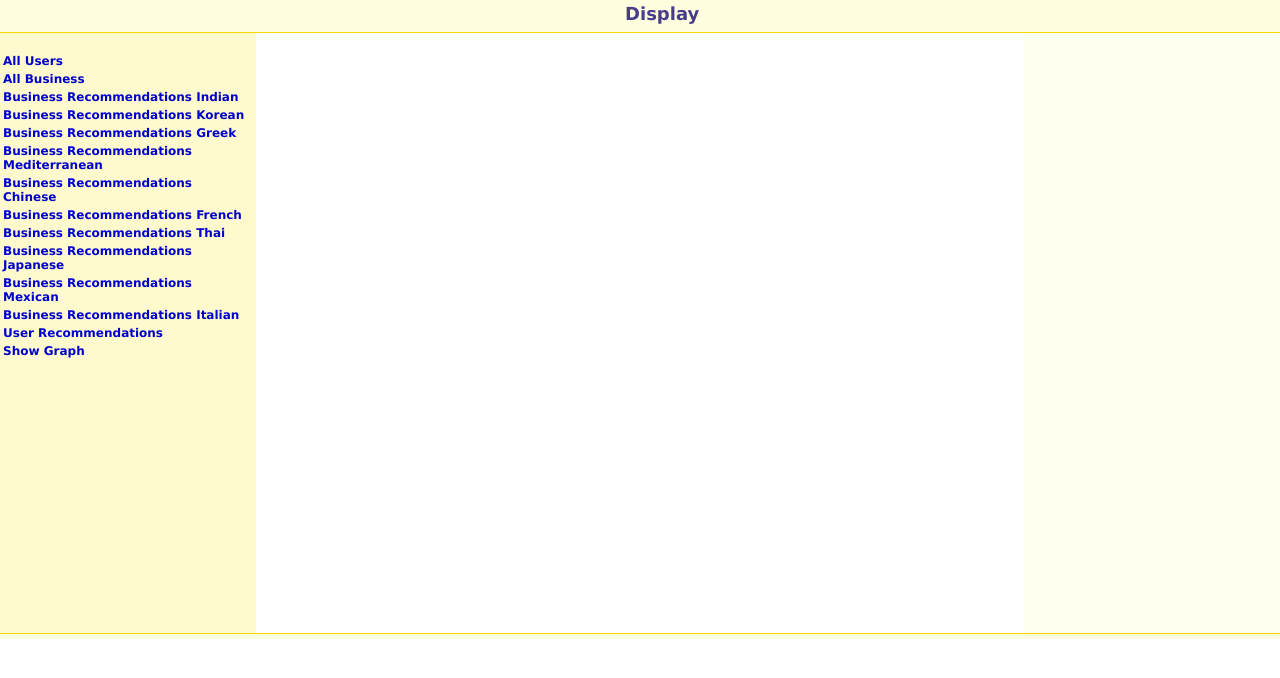
Repository: sowmyaganesan/DataMining
Page: http://localhost/Yelp/indian.jsp
An editor plug-in stored every save of this project. The page is shown before and after the next save, followed by the edit.
The browser window is 1280 px wide. The pictures show the whole page.
The page is served by Tomcat 9. Other server files are loaded and not shown. The template is opened directly, without the code that normally fills it, so the values that code supplies are empty.

Above is the page before, as saved 2013-04-29 21:35:29.

### final project/Yelp/WebContent/indian.jsp
<%@ page import="java.sql.*"%>
<%@ page import="javax.imageio.*"%>
<%@ page import="java.awt.image.BufferedImage"%>
<%@ page import="java.io.ByteArrayInputStream"%>
<%@ page import="java.util.List"%>
<%@ page import="javax.xml.bind.*"%>
<%@ page import="com.yelp.*"%>
<%@ taglib uri="http://java.sun.com/jsp/jstl/core" prefix="c"%>
<%@ page import="java.util.ArrayList"%>


<%@ page language="java" contentType="text/html; charset=ISO-8859-1" pageEncoding="ISO-8859-1"%>
<!DOCTYPE html PUBLIC "-//W3C//DTD HTML 4.01 Transitional//EN" "http://www.w3.org/TR/html4/loose.dtd">
<html>
<head>
    <meta http-equiv="content-type" content="text/html; charset=UTF-8">
    <link rel="stylesheet" type="text/css" href="main.css"  />

    <title>Data Mining</title>

</head>
<%!
	private String username = "" ;
	private String userid = "";
	private StringBuilder votes = new StringBuilder();
	private List<YelpDataSet1> x;
	byte[] img = new byte[1];
	private List<BusinessDetail> list_business_detail = new ArrayList<BusinessDetail>();

%>

    <table width="100%" border=0 cellpadding=0 cellspacing=0>
    <tr>
    <td colspan=3 class="pagetop">
        <table width=100% border=0>
        <tr>
        <td></td>

   		  <td valign="bottom" align="center" style="font-weight:bold; font-size:large">Display</td>

        </tr>
        </table>

    </td>
    </tr>
    <tr>
    	<td valign="top" width="20%" class="pageleft" height="600px">

    	<table>
    		<tr>
    			<td colspan="2">&nbsp;</td>
    		</tr>
   			<tr>
   				<td colspan="2" style="font-weight:bold;"><a href="/Yelp/AllUsersServlet">All Users</a></td>
   			</tr>
    		<tr>
   				<td colspan="2" style="font-weight:bold;"><a href="/Yelp/BusinessServlet">All Business</a></td>
   			</tr>
   			<div class="inner">
			<div id="choice" align="center">
   			<tr>
   				<td colspan="2" style="font-weight:bold;"><a href="/Yelp/BusinessRecomServlet?id=Indian">Business Recommendations Indian</a></td>
   			</tr>
   			<tr>
   				<td colspan="2" style="font-weight:bold;"><a href="/Yelp/BusinessRecomServlet?id=Korean">Business Recommendations Korean</a></td>
   			</tr>
   			<tr>
   				<td colspan="2" style="font-weight:bold;"><a href="/Yelp/BusinessRecomServlet?id=Greek">Business Recommendations Greek</a></td>
   			</tr>
   			<tr>
   				<td colspan="2" style="font-weight:bold;"><a href="/Yelp/BusinessRecomServlet?id=Mediterranean">Business Recommendations

Mediterranean</a></td>
   			</tr>
   			<tr>
   				<td colspan="2" style="font-weight:bold;"><a href="/Yelp/BusinessRecomServlet?id=Chinese">Business Recommendations Chinese</a></td>
   			</tr>
   			<tr>
   				<td colspan="2" style="font-weight:bold;"><a href="/Yelp/BusinessRecomServlet?id=French">Business Recommendations French</a></td>
   			</tr>
   			<tr>
   				<td colspan="2" style="font-weight:bold;"><a href="/Yelp/BusinessRecomServlet?id=Thai">Business Recommendations Thai</a></td>
   			</tr>
   			<tr>
   				<td colspan="2" style="font-weight:bold;"><a href="/Yelp/BusinessRecomServlet?id=Japanese">Business Recommendations Japanese</a></td>
   			</tr>
   			<tr>
   				<td colspan="2" style="font-weight:bold;"><a href="/Yelp/BusinessRecomServlet?id=Mexican">Business Recommendations Mexican</a></td>
   			</tr>
   			<tr>
   				<td colspan="2" style="font-weight:bold;"><a href="/Yelp/BusinessRecomServlet?id=Italian">Business Recommendations Italian</a></td>
   			</tr>
   			<tr>
   				<td colspan="2" style="font-weight:bold;"><a href="/Yelp/CompareUsersServlet">User Recommendations</a></td>
   			</tr>
   			<tr>
   				<td colspan="2" style="font-weight:bold;"><a href="graph.html">Show Graph</a></td>
   			</tr>
   			</div>
   			</div>
    	</table>

    	</td>
    	<td valign="top" width="60%">

    		<table>
    		<tr>
    				<%
    		 			if(request.getAttribute("allusers") != null)
    		 			{
    				%>

    					<tr>
    						<th>user id</th><th>stars</th><th>reviews</th><th>funny</th><th>useful</th><th>cool</th><th align="left">name</th>
    					</tr>
    				<%
    					}
    				%>
    				<%
    		 			if(request.getAttribute("business") != null)
    		 			{
    				%>

    					<tr>
    						<th>business</th><th>city</th><th>state</th><th>stars</th><th>review count</th><th>category</th>
    					</tr>
    				<%
    					}
    				%>
    				<%
    		 			if(request.getAttribute("bustype") != null)
    		 			{
    				%>

    					<tr>
    						<th>Name</th><th>Address</th><th>Stars</th><th>Review Count</th>
    					</tr>
    				<%
    					}
    				%>
    				<%
    		 			if(request.getAttribute("compuser") != null)
    		 			{
    		 				list_business_detail = (List<BusinessDetail>) request.getAttribute("compuser");

    		 				request.setAttribute("showb", list_business_detail);
    		 				request.getSession().setAttribute("showbb", list_business_detail);
    				%>

    					<tr>
    						<th>User id</th><th>Name</th><th>URL</th>
    					</tr>
    				<%
    					}
    				%>

					<c:forEach items="${allusers}" var="user" varStatus="loop">
					<tr>
						<td>"${user.getUserid()}"</td>
						<td>"${user.getAveragestars().substring(0, 3)}"</td>
						<td align="center">"${user.getReviewcount()}"</td>
						<td align="center">"${user.getVote().getFunny()}"</td>
						<td align="center">"${user.getVote().getUseful()}"</td>
						<td align="center">"${user.getVote().getCool()}"</td>
						<td>"${user.getName()}"</td>
					</tr>
        			</c:forEach>
        			<c:forEach items="${business}" var="item" varStatus="loop">
					<tr>
						<td>"${item.getName()}"</td>
						<td>"${item.getCity()}"</td>
						<td>"${item.getState()}"</td>
						<td>"${item.getStars()}"</td>
						<td>"${item.getReviewcount()}"</td>
						<td>"${item.getCategories()}"</td>

					</tr>
        			</c:forEach>
        			<c:forEach items="${bustype}" var="item" varStatus="loop">
					<tr>
						<td>"${item.getbusiness_name()}"</td>
						<td>"${item.getbusiness_address()}"</td>
						<td>"${item.getstars()}"</td>
						<td>"${item.getreview_count()}"</td>
					</tr>
        			</c:forEach>
        			<c:forEach items="${compuser}" var="item" varStatus="loop">
					<tr>
						<td><a href ="/Yelp/ShowBus.jsp?id=${item.getUserid()}"> <c:out value =  "${item.getUserid()}"> </c:out> </a> </td>
						<td>"${item.getUserName()}"</td>
						<td><a href = <c:out value="${item.getUserUrl()}" /> >  <c:out value="${item.getUserUrl()}" ></c:out></a></td>
					</tr>
        			</c:forEach>




    		</tr>


			</table>
    	</td>
    	<td valign="top" width="20%" class="pageright">


    	</td>
    </tr>
    <tr>
    	<td colspan=3 class="pagebottom" align="center">



    </td>
    </tr>
    </table>

    </form>

</html>

### final project/Yelp/WebContent/main.css
A:link
{
	font-weight: bold;
	font-size: 9pt;
	color: mediumblue;
	font-family: Verdana;
	text-decoration: none;
}

A:visited
{
	font-weight: bold;
	font-size: 9pt;
	color: mediumblue;
	font-family: Verdana;
	text-decoration: none;
}

A:hover
{
	font-weight: bold;
	font-size: 9pt;
	color: dodgerblue;
	font-family: Verdana;
	text-decoration: underline;
}

p
{
    font-size: 9pt;
    color: darkslateblue;
    font-family: Verdana;
}

body
{
    font-size: 9pt;
    color: darkslateblue;
    font-family: Verdana, Arial;
    margin: 0px;
}

.dataentryformlabel
{
    font-weight: bold;
    font-size: 9pt;
    color: darkgoldenrod;
    font-family: Verdana;
}

.dataentryformerrormsg
{
    font-weight: bold;
    font-size: 9pt;
    color: darkorange;
    font-family: Verdana;
}

.dataentryformtextbox
{
    border-right: peru 1px solid;
    border-top: peru 1px solid;
    border-left: peru 1px solid;
    border-bottom: peru 1px solid;
}

.dataentryformbutton
{
    font-weight: bold;
    font-size: 9pt;
    color: ivory;
    font-family: Verdana;
    background-color: goldenrod;
}

.pagetop
{
    background-color: lightyellow;
    padding-bottom: 5px;
    padding-left: 10px;
    border-bottom: gold thin solid;
}

.pageleft
{
    background-color: lemonchiffon;
    padding-right: 5px;
}

.pageright
{
    background-color: ivory;
}

.pagebottom
{
    background-color: lightyellow;
    border-top: gold thin solid;
    padding-top: 5px;
}

.dataentryformheading
{
    padding-right: 2px;
    padding-left: 2px;
    font-weight: bold;
    font-size: 11pt;
    padding-bottom: 2px;
    vertical-align: middle;
    color: sienna;
    padding-top: 2px;
    font-family: Verdana;
    background-color: khaki;
    text-align: center;
}

.biglabel
{
    padding-right: 2px;
    padding-left: 2px;
    font-weight: bold;
    font-size: 10pt;
    padding-bottom: 2px;
    vertical-align: middle;
    color: darkorange;
    padding-top: 2px;
    font-family: Verdana;
    text-align: center;
    width: 100%;
    font-style: italic;
}

.dataentryformlabelbig
{
    padding-right: 2px;
    padding-left: 2px;
    font-weight: bold;
    font-size: 10pt;
    padding-bottom: 2px;
    vertical-align: middle;
    color: sienna;
    padding-top: 2px;
    font-family: Verdana;
    text-align: center;
    width: 100%;
    font-style: normal;
    background-color: blanchedalmond;
}

.marketingtext
{
    padding-right: 2px;
    padding-left: 2px;
    font-size: 20px;
    padding-bottom: 2px;
    color: peru;
    padding-top: 2px;
    font-family: Arial;
}
.scroll{
  overflow:auto;
}

After the next save:
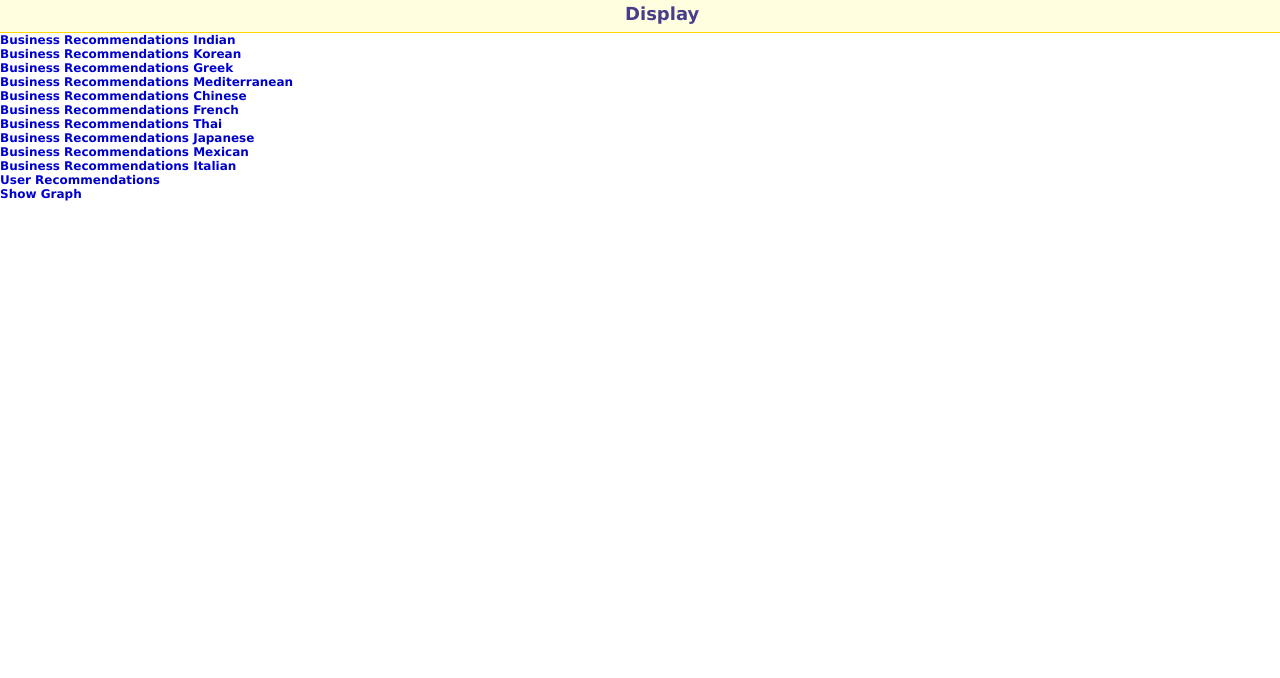
Saved 37 s later.
--- a/final project/Yelp/WebContent/indian.jsp
+++ b/final project/Yelp/WebContent/indian.jsp
@@ -20,8 +20,7 @@
 
 </head>
 <%!
-	private String username = "" ;
-	private String userid = "";
+
 	private StringBuilder votes = new StringBuilder();
 	private List<YelpDataSet1> x;
 	byte[] img = new byte[1];
@@ -41,21 +40,6 @@
         </tr>
         </table>
 
-    </td>
-    </tr>
-    <tr>
-    	<td valign="top" width="20%" class="pageleft" height="600px">
-
-    	<table>
-    		<tr>
-    			<td colspan="2">&nbsp;</td>
-    		</tr>
-   			<tr>
-   				<td colspan="2" style="font-weight:bold;"><a href="/Yelp/AllUsersServlet">All Users</a></td>
-   			</tr>
-    		<tr>
-   				<td colspan="2" style="font-weight:bold;"><a href="/Yelp/BusinessServlet">All Business</a></td>
-   			</tr>
    			<div class="inner">
 			<div id="choice" align="center">
    			<tr>
